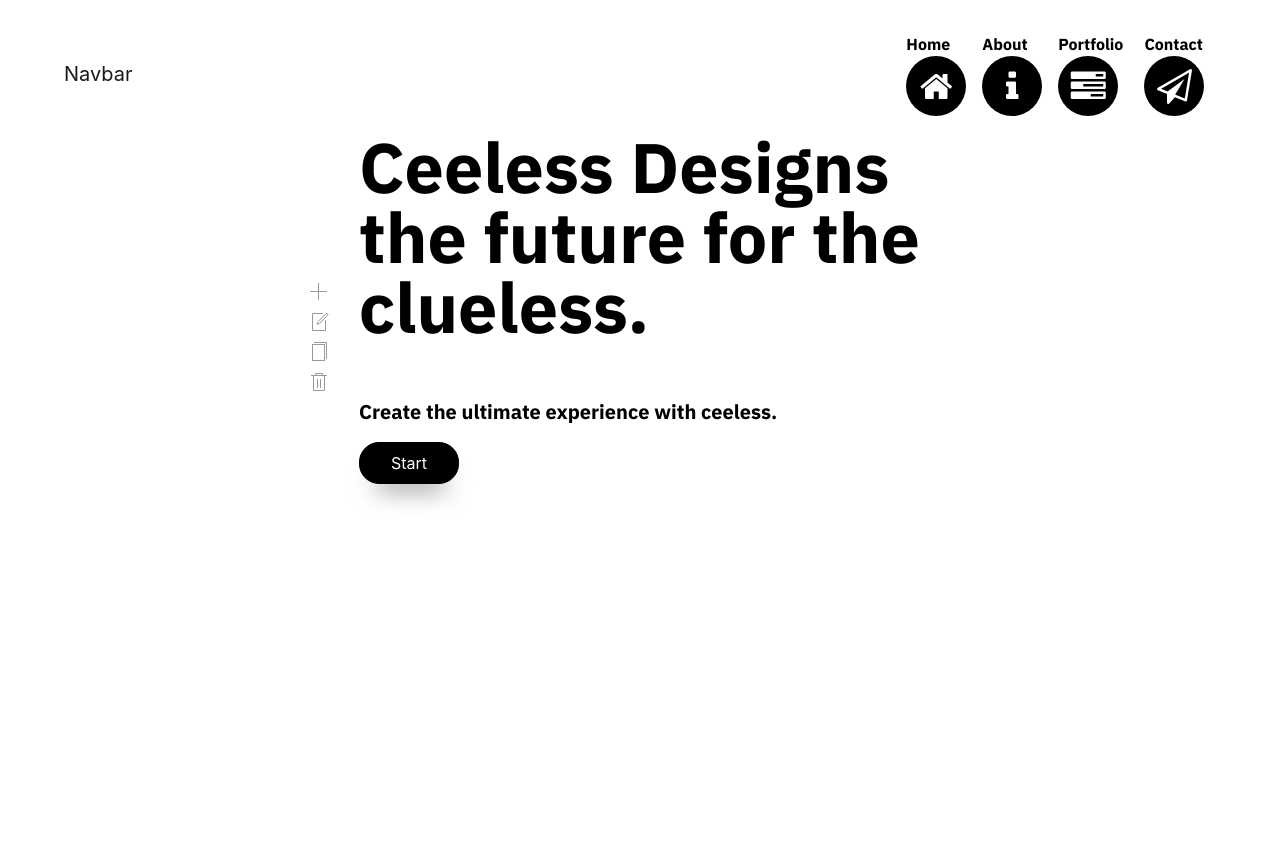
Repository: latenightsnacc/ceeless
Page: index.html
These files come from the project's save history. The page is drawn as it stood at one moment and after the next save; the edit follows.
The browser window is 1280 px wide. The pictures show the whole page.
Some web libraries are served in a nearby version. The style sheet was rebuilt from its Sass, Less or Tailwind sources for each picture, by a compiler version that may differ from the author's.

Above is the page before, as saved 2020-06-11 21:10:09.

After the next save:
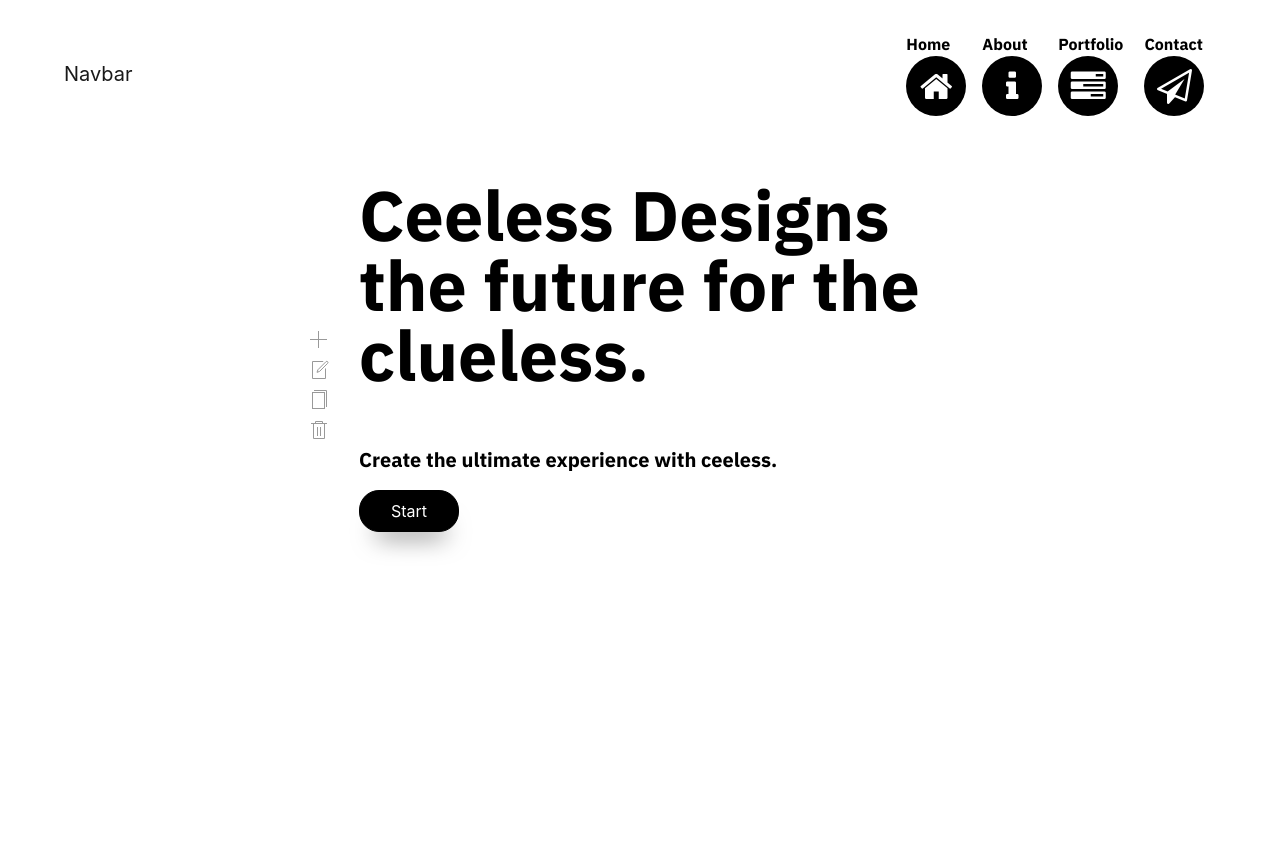
Saved 47 s later.
--- a/index.html
+++ b/index.html
@@ -54,7 +54,7 @@
 
         <!--Header wrapper-->
         <section class="header-wrapper container-fluid">
-            <div class="row">
+            <div class="row pt-5">
                 <!--Social Icons-->
                 <div class="col-3">
                     <ul class="uk-iconnav uk-iconnav-vertical uk-align-right@s align-middle	">
